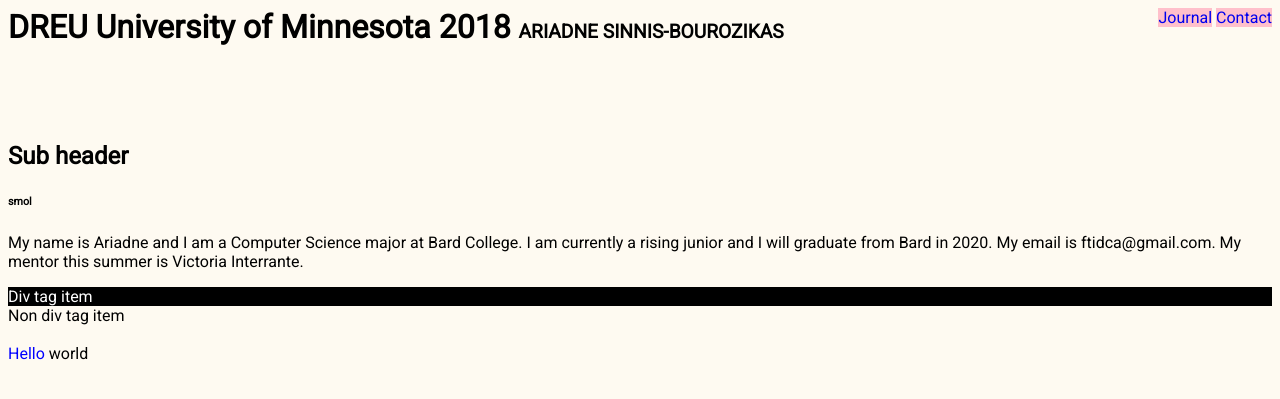
Repository: ariadnesb/dreu2018
Page: index.html
The author's editor kept a record of every edit. The page is drawn from the files as they stood at one moment, then again after the next edit.
The browser window is 1280 px wide. The pictures show the whole page.

Above is the page before.

### index.html
<!DOCTYPE html>
<html>
    <head>
        <title>It's me</title>
        <link rel="stylesheet" href="styles.css">
        <link href="https://fonts.googleapis.com/css?family=Roboto" rel="stylesheet">
    </head>

    <body>
        <div id="header">
            <h1>DREU University of Minnesota 2018 </h1>
            <h2>ARIADNE SINNIS-BOUROZIKAS</h2>

            <ul class="nav-bar">
                <li><a href="/journal.html">Journal</a></li>
                <li><a href="/contact.html">Contact</a></li>

        </div>


        <br><br>
        <br><br>


        <h2>Sub header</h2>
        <h6>smol</h6>

        <p>
        My name is Ariadne and I am a Computer Science major at Bard College. I am currently a rising junior and I will graduate from Bard in 2020. My email is ftidca@gmail.com.

        My mentor this summer is Victoria Interrante.
        </p>

        <!--- divs and spans can have 1 id but many classes -->
        <div id="custom-id">
            Div tag item
        </div>
        Non div tag item

        <br><br>
        <span class="custom-class">Hello</span> world



    </body>

</html>

### styles.css
html {
  /* everything that u put here will impact contents of <html>
  aka everything */
  font-family: 'Roboto', sans-serif;
  background-color: #FEFAF1;

}

#custom-id {
    background-color: black;
    color: white;
}

.custom-class{
    color: blue;
    display: inline;

}

#name {
    color: #66D167;
}

#header h1 {
    display: inline;
}

#header h2 {
    font-size: 1.2em;
    display: inline;
    color: var(--pale);
}

#header .nav-bar  {
    float: right;
    list-style-type: none;
    margin: 0;
    padding: 0;

}

#header li {
    display: inline;
    padding: 0;
    background-color: pink;
}

#header a {
    text-decoration: none;
    display: inline;

}

#header a:hover {
    background-color: black;
    display: inline;
    color:white;
}

After the next edit:
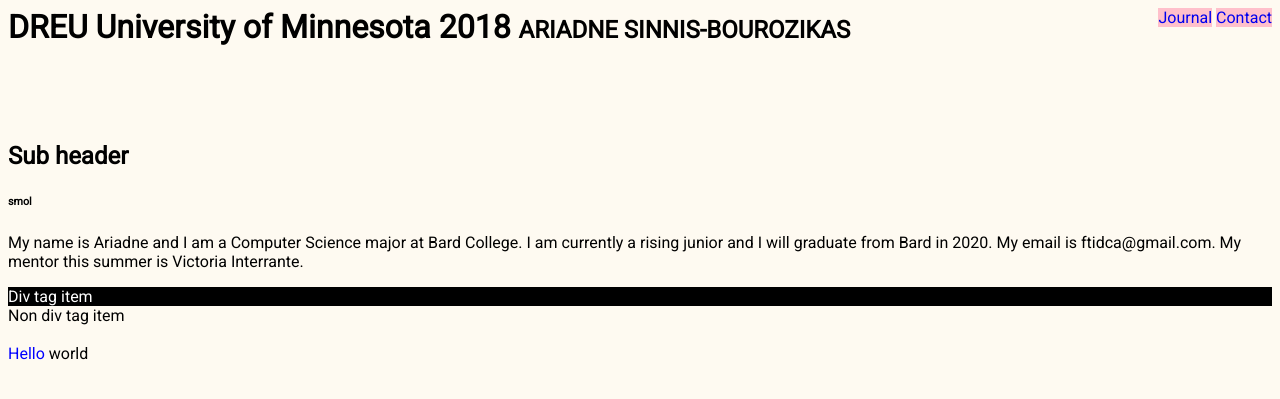
The edit:
--- a/styles.css
+++ b/styles.css
@@ -26,12 +26,11 @@
 }
 
 #header h2 {
-    font-size: 1.2em;
     display: inline;
-    color: var(--pale);
 }
 
 #header .nav-bar  {
+    display: inline;
     float: right;
     list-style-type: none;
     margin: 0;
